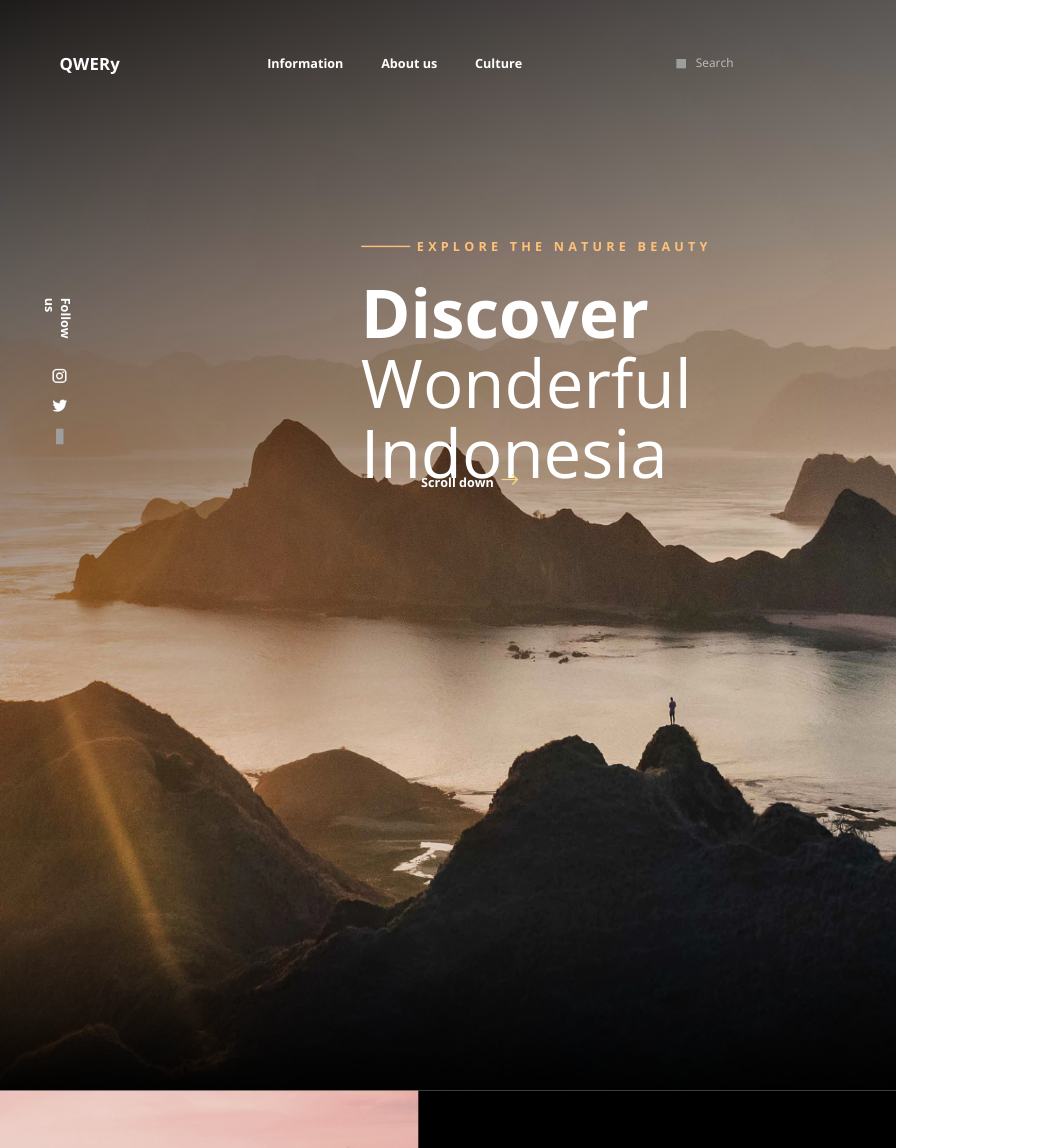
Repository: AndreyMykulych/user_home_work_Mykulych
Page: 6/index.html
These files come from the project's save history. The page is drawn as it stood at one moment and after the next save; the edit follows.
The browser window is 1280 px wide. The page is 1491 px wide, then 1280 px, then 1491 px, so the pictures cover 1491 px, including what lies to the right of the window. The pictures show the part of the page from y = 0 to 1640 px (the page is 2282 px tall before and 2278 px after), at 70% of full size.
Pictures or frames that could not be fetched are drawn as grey boxes.

Above is the page before, as saved 2023-03-10 16:21:19.

After the next save:
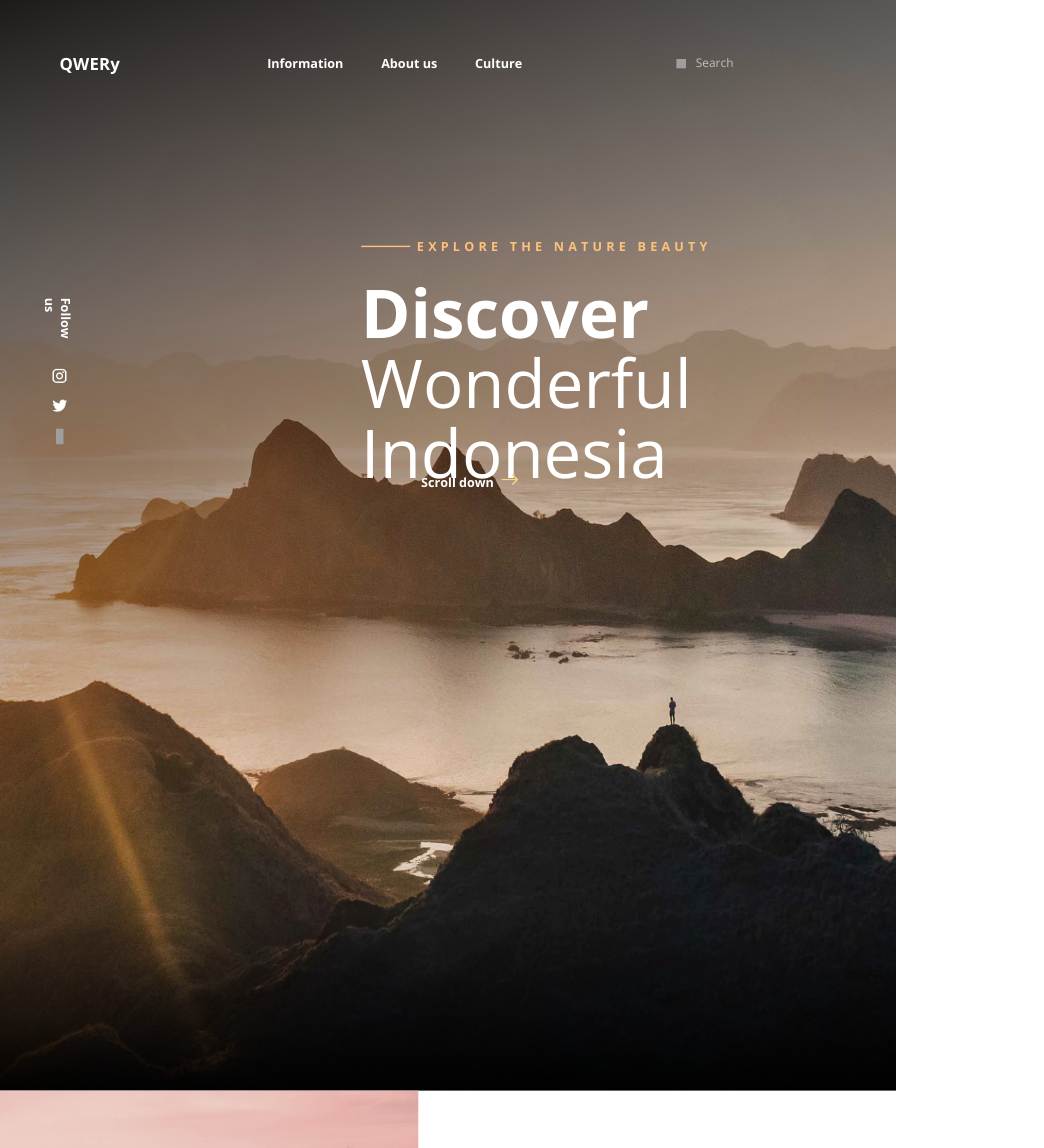
Saved 60 s later.
--- a/6/style/style.css
+++ b/6/style/style.css
@@ -201,7 +201,10 @@
     rgba(0, 0, 0, 1);
 }
 .second_content{
-
     margin: 0 auto;
     width: 1491px;
 }
+.second_content .east_photo{
+    position: absolute;
+    top: 0px;
+}

After the 2 saves that followed:
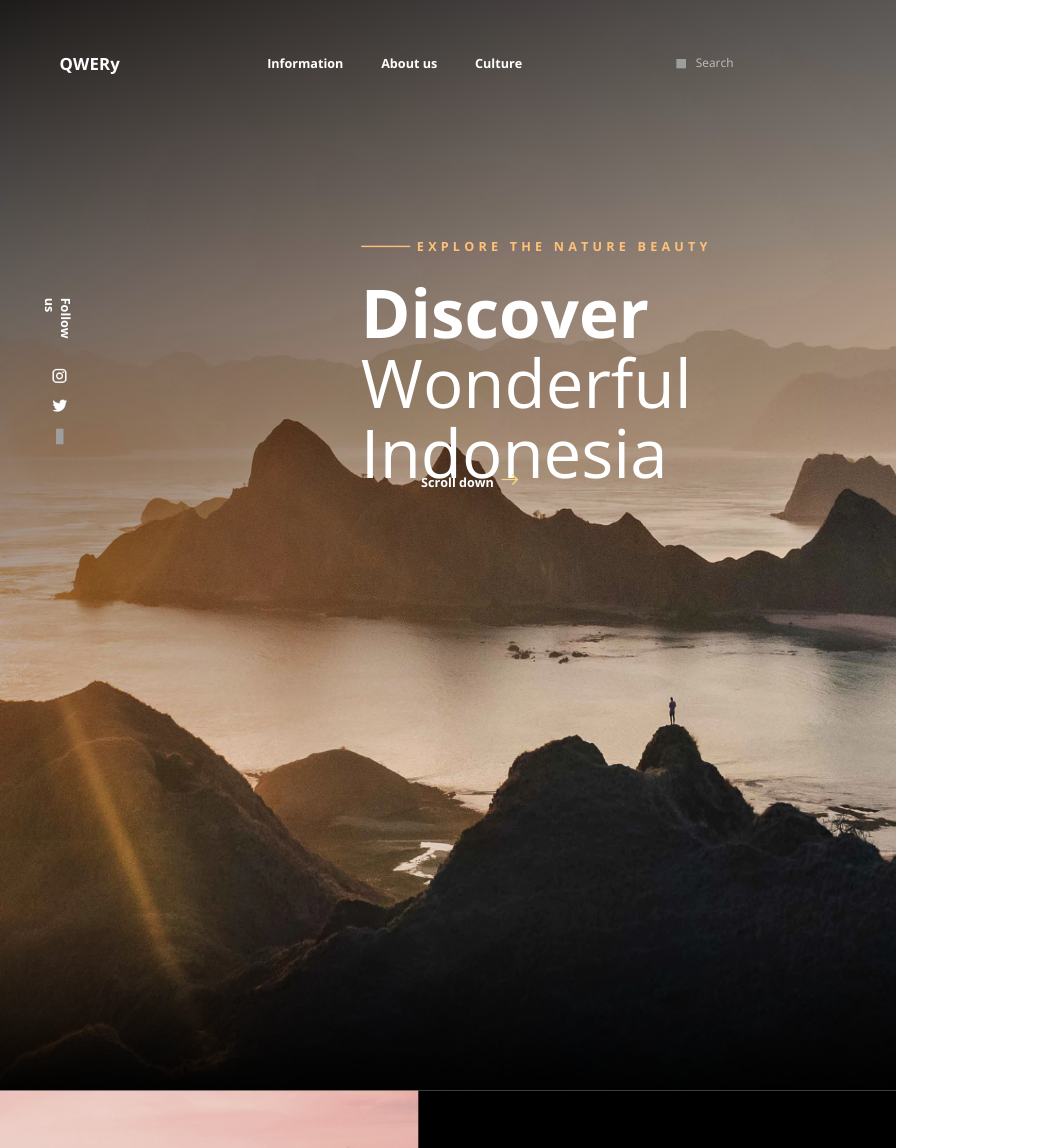
The 2 saves are shown as one change because 1 left the picture as it was.
The last was saved 39 s later.
--- a/6/style/style.css
+++ b/6/style/style.css
@@ -204,7 +204,7 @@
     margin: 0 auto;
     width: 1491px;
 }
-.second_content .east_photo{
-    position: absolute;
-    top: 0px;
-}
+.east_photo{
+
+    top: 0px    ;
+}
